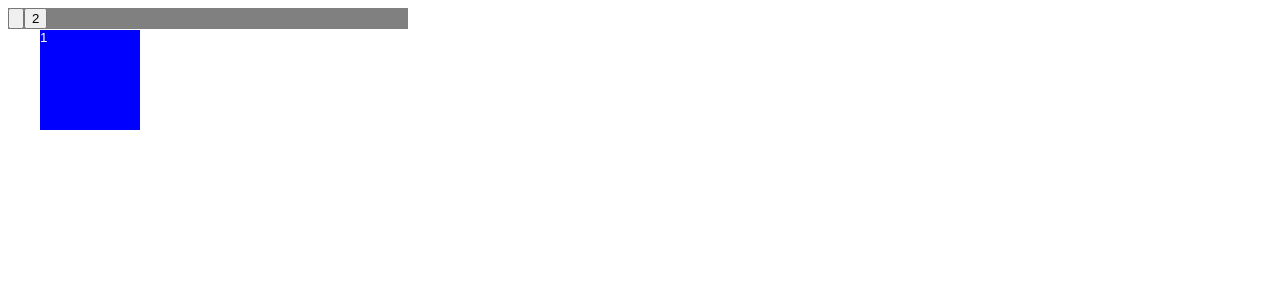
Repository: TaichiOzaki/1st_all
Page: html/css_intro_issue/index.html
The author's editor kept a record of every edit. The page is drawn from the files as they stood at one moment, then again after the next edit.
The browser window is 1280 px wide. The pictures show the whole page.

Above is the page before.

### html/css_intro_issue/index.html
<!DOCTYPE HTML>
<html>
<head>
  <meta charset="UTF-8" />
  <title>タイトル</title>
  <link rel="stylesheet" href="css/style.css">
</head>
  <body>
    <div class="container">
      <div>
      <button>
      <div class="box1">1</div>
      </button>
      </div>
      <div>
      <button>
      <div class="box red">2</div>
      </button>
      </div>
    </div>
  </body>
</html>

### html/css_intro_issue/css/style.css
.container {
 background-color: gray;
 width: 400px;
}

.box1 {
  width: 100px;
  height: 100px;
  background-color: blue;
  color: #fff;
 position: absolute;
  top: 30px;
  left: 40px;

}

.box2 {
  width: 100px;
  height: 100px;
  background-color: red;
  color: #fff;
  position: absolute;
  top: 30px;
  left: 200px;




 }

button1 {
  border: 1px solid yellow;
 box-sizing: border-box;
padding: 0px 0px;
}

button2 {
  border: 1px solid yellow;
 box-sizing: border-box;
padding: 0px 0px;
}

div{
display: flex;
}

After the next edit:
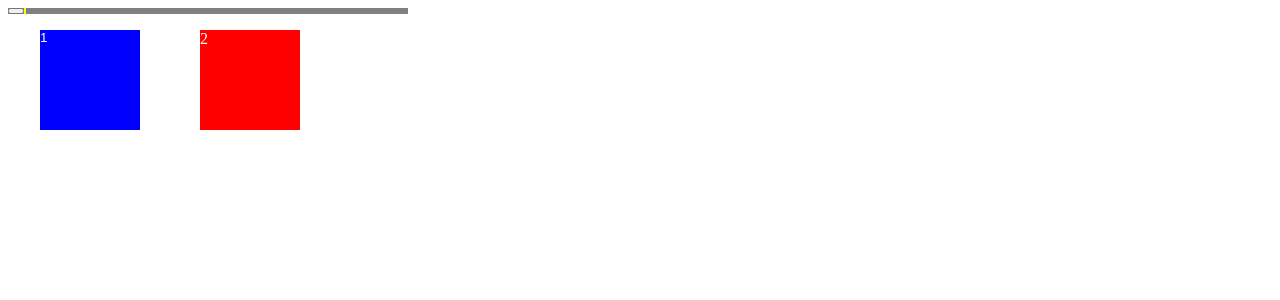
The edit:
--- a/html/css_intro_issue/index.html
+++ b/html/css_intro_issue/index.html
@@ -13,8 +13,8 @@
       </button>
       </div>
       <div>
-      <button>
-      <div class="box red">2</div>
+      <button2>
+      <div class="box2">2</div>
       </button>
       </div>
     </div>
